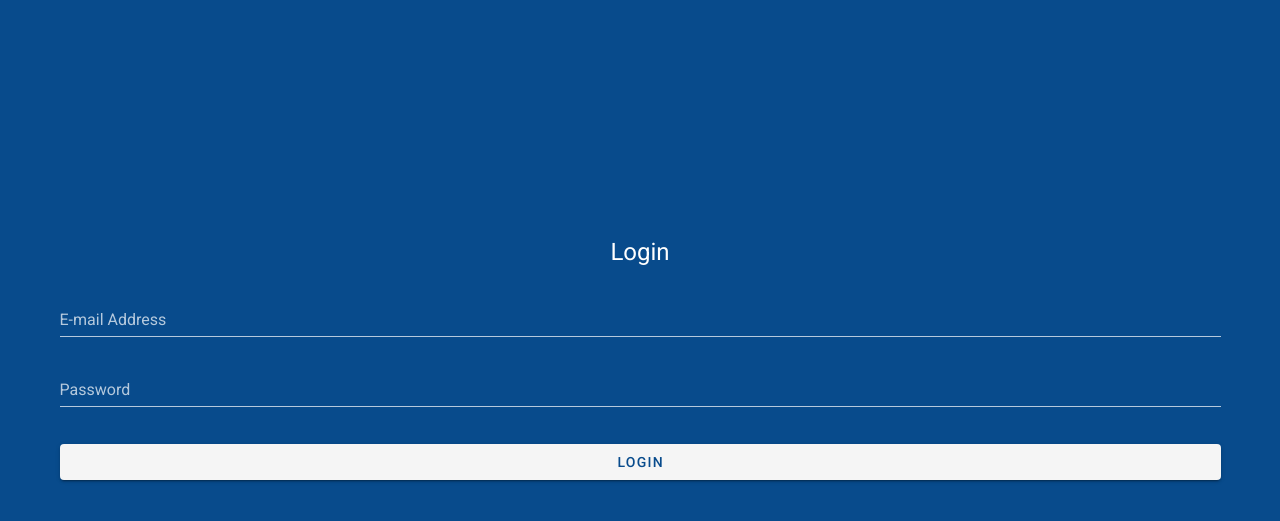
Repository: Grace229/Login
Page: /
An editor plug-in stored every save of this project. The page is shown before and after the next save, followed by the edit.
The browser window is 1280 px wide. The pictures show the whole page.
The project was rebuilt for these pictures with package versions that can differ from the ones it lists, and the page was loaded fresh each time. Also part of the build but not shown: vue.config.js. Imported but missing from the stored project, and not drawn on this page: src/views/About.vue.

Above is the page before, as saved 2021-02-15 16:36:03.

### src/App.vue
<template>
  <v-app>
    <v-main><router-view></router-view> </v-main>
  </v-app>
</template>

<script>
export default {
  name: "App",

  components: {},

  data: () => ({
    //
  }),
};
</script>

### src/plugins/vuetify.js
import Vue from "vue";
import Vuetify from "vuetify/lib/framework";

Vue.use(Vuetify);

export default new Vuetify({
  theme: {
    options: {
      customProperties: true,
    },
    themes: {
      light: {
        primary: "#084b8c",
        secondary: "#424242",
        accent: "#82B1FF",
        error: "#FF5252",
        info: "#2196F3",
        success: "#4CAF50",
        warning: "#FFC107",
      },
    },
  },
});

### src/views/Home.vue
<template>
  <main
    style="min-height:100vh"
    class="primary fill-height white--text d-flex flex-column justify-center pa-4"
  >
    <div>
      <header>
        <div class="headline text-center py-2">
          Login
        </div>
      </header>

      <v-container>
        <form v-on:submit.prevent="login()">
          <div>
            <v-text-field
              dark
              label="E-mail Address"
              v-model="email"
              :rules="[rules.required, rules.email]"
            />
          </div>
          <div>
            <v-text-field
              dark
              v-model="password"
              :rules="[rules.required]"
              label="Password"
              :type="showPassword ? 'text' : 'password'"
            >
              <v-btn
                text
                small
                slot="append"
                @click="showPassword = !showPassword"
                class="transparent text-capitalize"
                :append-icon="showPassword ? 'mdi-eye' : 'mdi-eye-off'"
              ></v-btn>
            </v-text-field>
            <div class="pt-4">
              <v-btn block class="primary--text" type="submit">Login</v-btn>
            </div>
          </div>
        </form>
      </v-container>
    </div>
  </main>
</template>

<script>
import axios from "axios";
import router from "../router";
export default {
  data() {
    return {
      email: "",
      password: "",
      FORM: {},
      showPassword: false,
      rules: {
        required: (value) => !!value || "Required.",
        counter: (value) => value.length <= 20 || "Max 20 characters",
        email: (value) => {
          const pattern = /^(([^<>()[\]\\.,;:\s@"]+(\.[^<>()[\]\\.,;:\s@"]+)*)|(".+"))@((\[[0-9]{1,3}\.[0-9]{1,3}\.[0-9]{1,3}\.[0-9]{1,3}])|(([a-zA-Z\-0-9]+\.)+[a-zA-Z]{2,}))$/;
          return pattern.test(value) || "Invalid e-mail.";
        },
      },
    };
  },
  methods: {
    login() {
      axios
        .post("https://login-api-grace.herokuapp.com/api/v1/auth/login", {
          email: this.email,
          password: this.password,
        })
        .then(() => {
          router.push({ name: "Profile" });
        })
        .catch((err) => {
          console.log(err);
        });
    },
  },
};
</script>

Loaded but not shown: public/index.html (common file); src/main.js (common file); src/router/index.js (common file); src/store/index.js (common file)

After the next save:
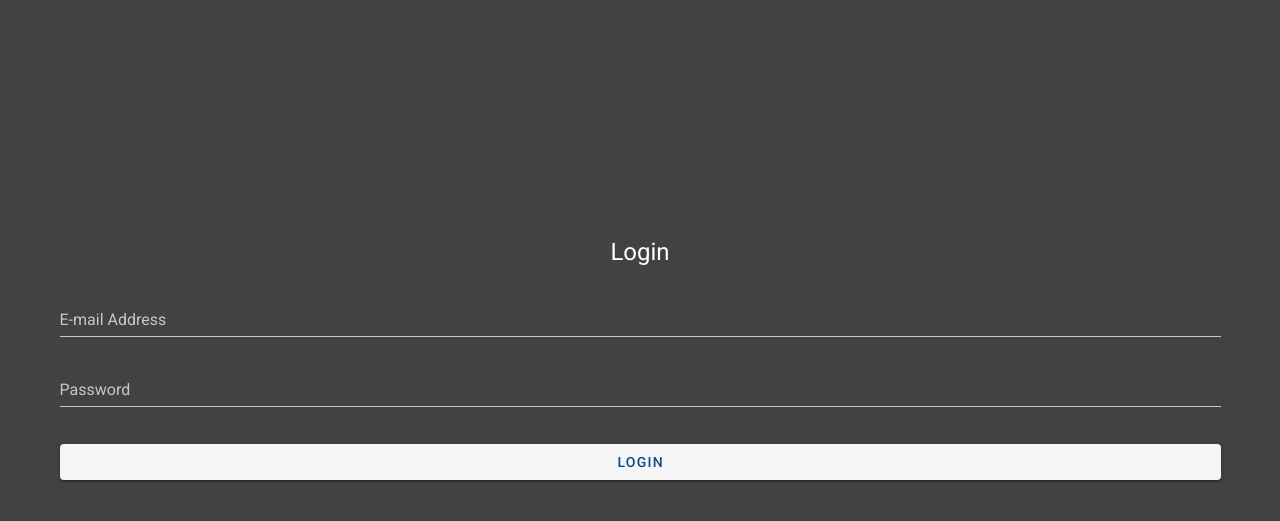
Saved 38 s later.
--- a/src/views/Home.vue
+++ b/src/views/Home.vue
@@ -1,7 +1,7 @@
 <template>
   <main
     style="min-height:100vh"
-    class="primary fill-height white--text d-flex flex-column justify-center pa-4"
+    class="secondary fill-height white--text d-flex flex-column justify-center pa-4"
   >
     <div>
       <header>
